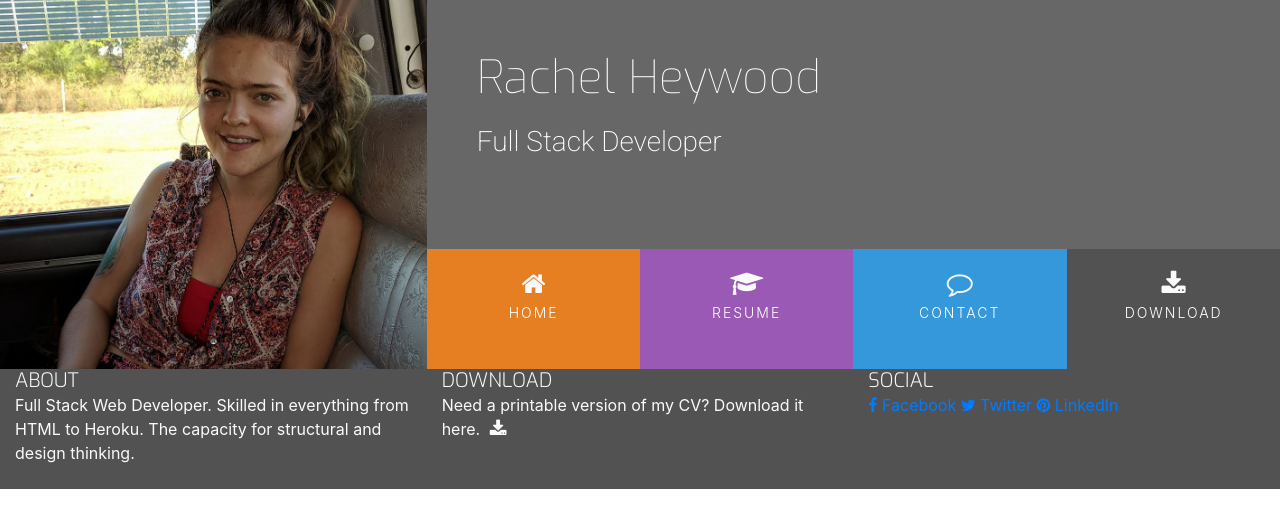
Repository: Heywood93/resume
Page: index.html
The author's editor kept a record of every edit. The page is drawn from the files as they stood at one moment, then again after the next edit.
The browser window is 1280 px wide. The pictures show the whole page.

Above is the page before.

After the next edit:
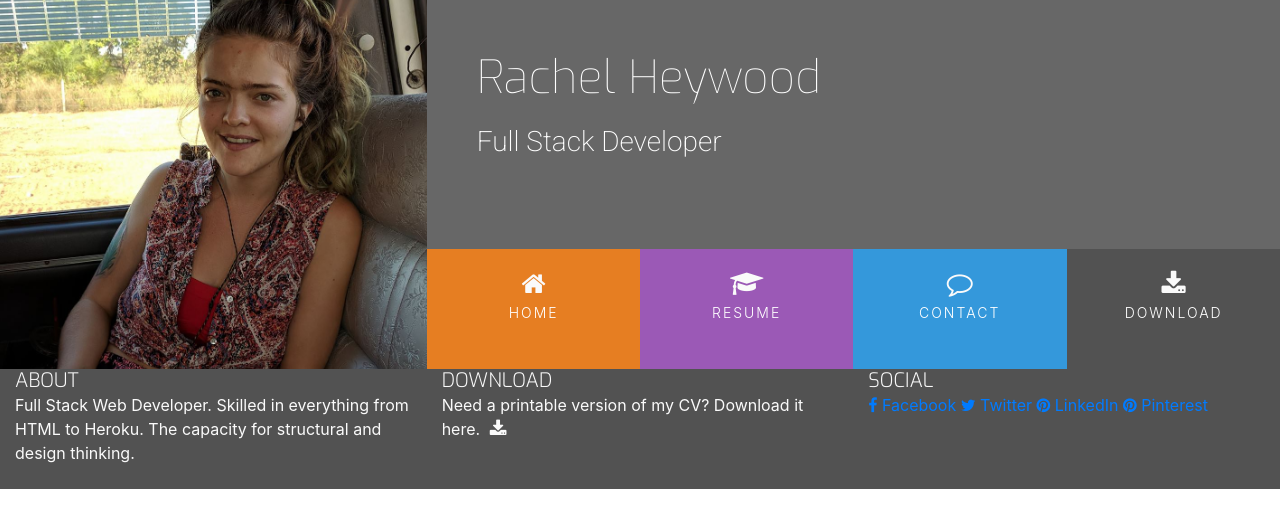
The edit:
--- a/index.html
+++ b/index.html
@@ -88,6 +88,12 @@
                             <span class="sr-only"></span><span>LinkedIn</span>
                         </a>
                     </li>
+                    <li class="list-inline-item">
+                        <a target="_blank" href="#">
+                            <i class="fa fa-pinterest" aria-hidden="true"></i>
+                            <span class="sr-only"></span><span>Pinterest</span>
+                        </a>
+                    </li>
                 </ul>
             </div>
         </div>
